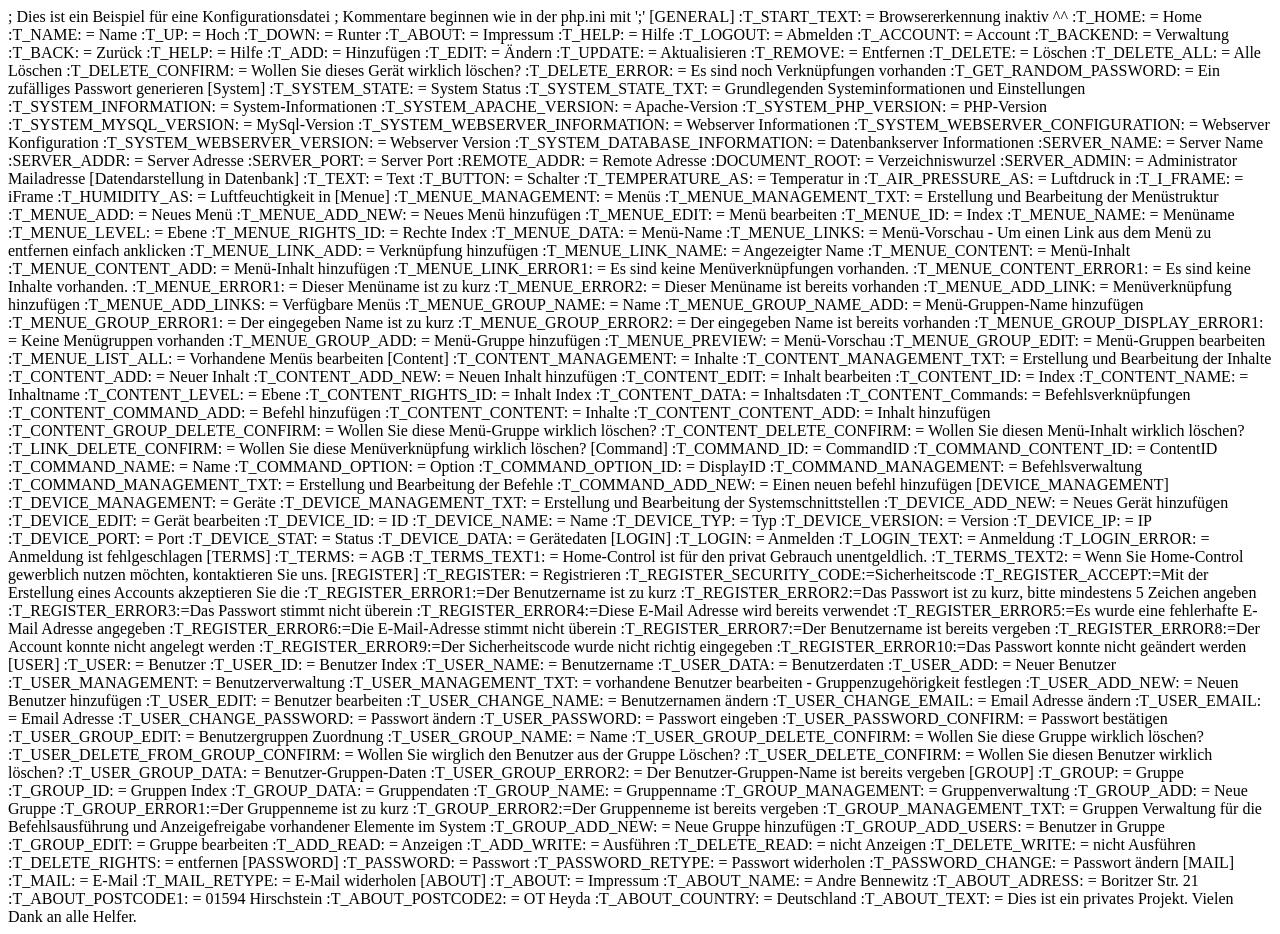
Repository: 0xF3ERROR/Home-Control
Page: http://localhost/language/lang_Ger.php
These files come from the project's save history. The page is drawn as it stood at one moment and after the next save; the edit follows.
The browser window is 1280 px wide. The pictures show the whole page.
The page is run by PHP 8.4 with error messages shown; the project is at /var/www/html/.

Above is the page before, as saved 2012-09-16 16:39:08.

After the next save:
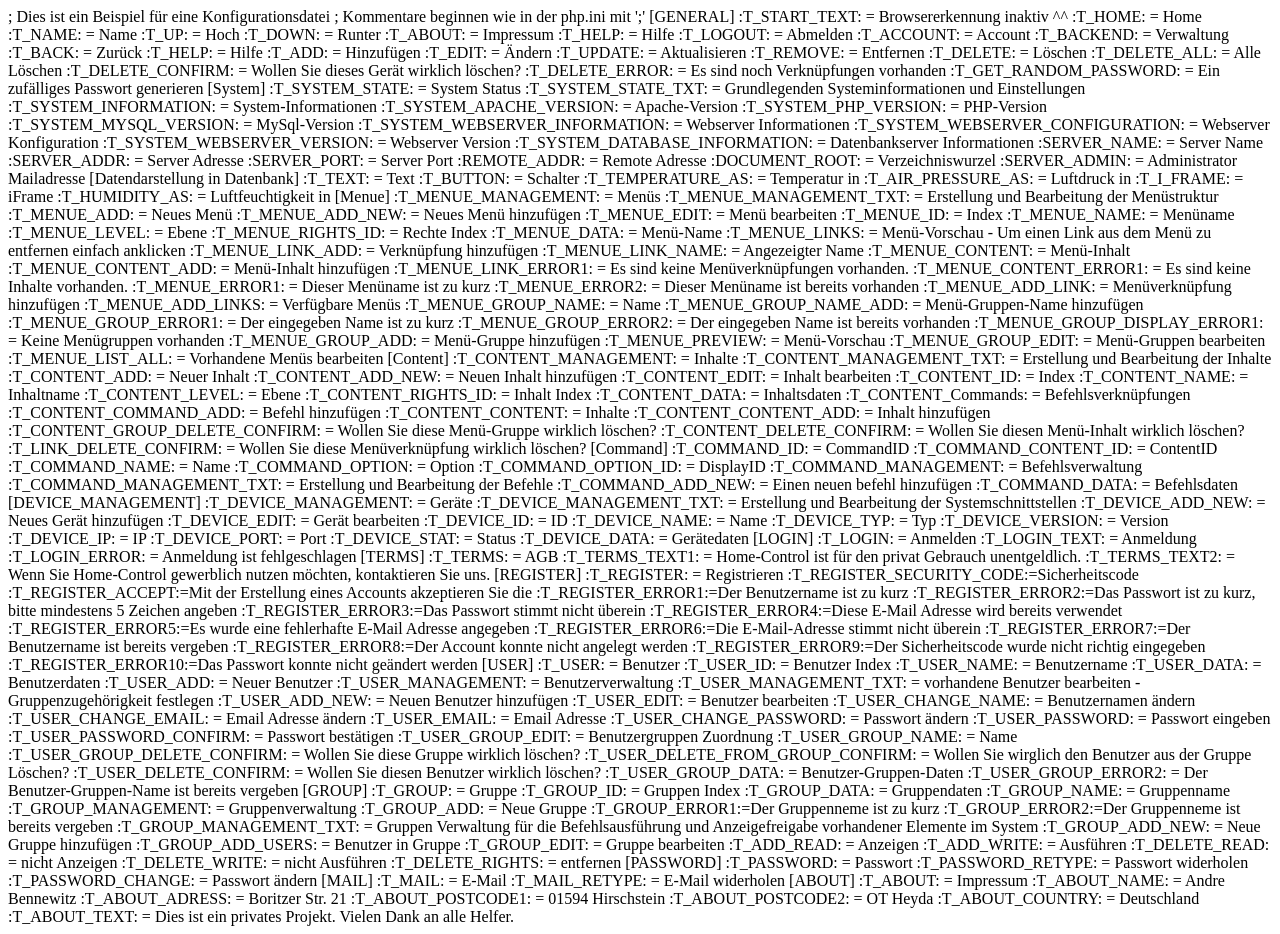
Saved 29 s later.
--- a/Source/language/lang_Ger.php
+++ b/Source/language/lang_Ger.php
@@ -120,7 +120,7 @@
 :T_COMMAND_MANAGEMENT: = Befehlsverwaltung
 :T_COMMAND_MANAGEMENT_TXT: = Erstellung und Bearbeitung der Befehle
 :T_COMMAND_ADD_NEW: = Einen neuen befehl hinzufügen
-
+:T_COMMAND_DATA: = Befehlsdaten
 
 
 [DEVICE_MANAGEMENT]
